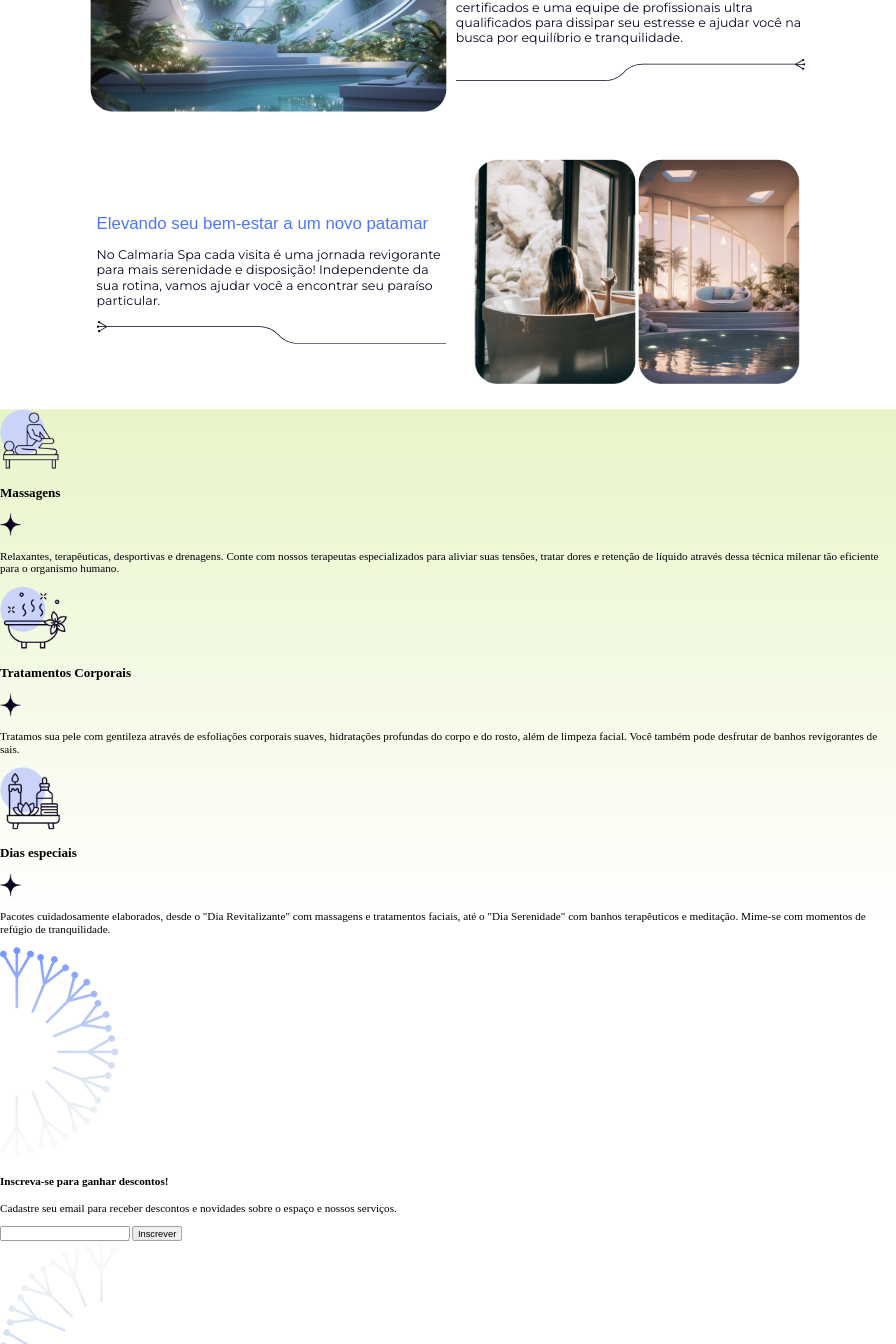
Repository: joaoPraiaJunior/curso-sass
Page: index.html
These files come from the project's save history. The page is drawn as it stood at one moment and after the next save; the edit follows.
The browser window is 1280 px wide. The pictures show the part of the page from y = 1011 to 2931 px (the page is 3725 px tall), at 70% of full size.
Some web fonts or font styles are not loaded; a fallback is used. The style sheet was rebuilt from its Sass, Less or Tailwind sources for each picture, by a compiler version that may differ from the author's.

Above is the page before, as saved 2024-07-06 17:18:54.

After the next save:
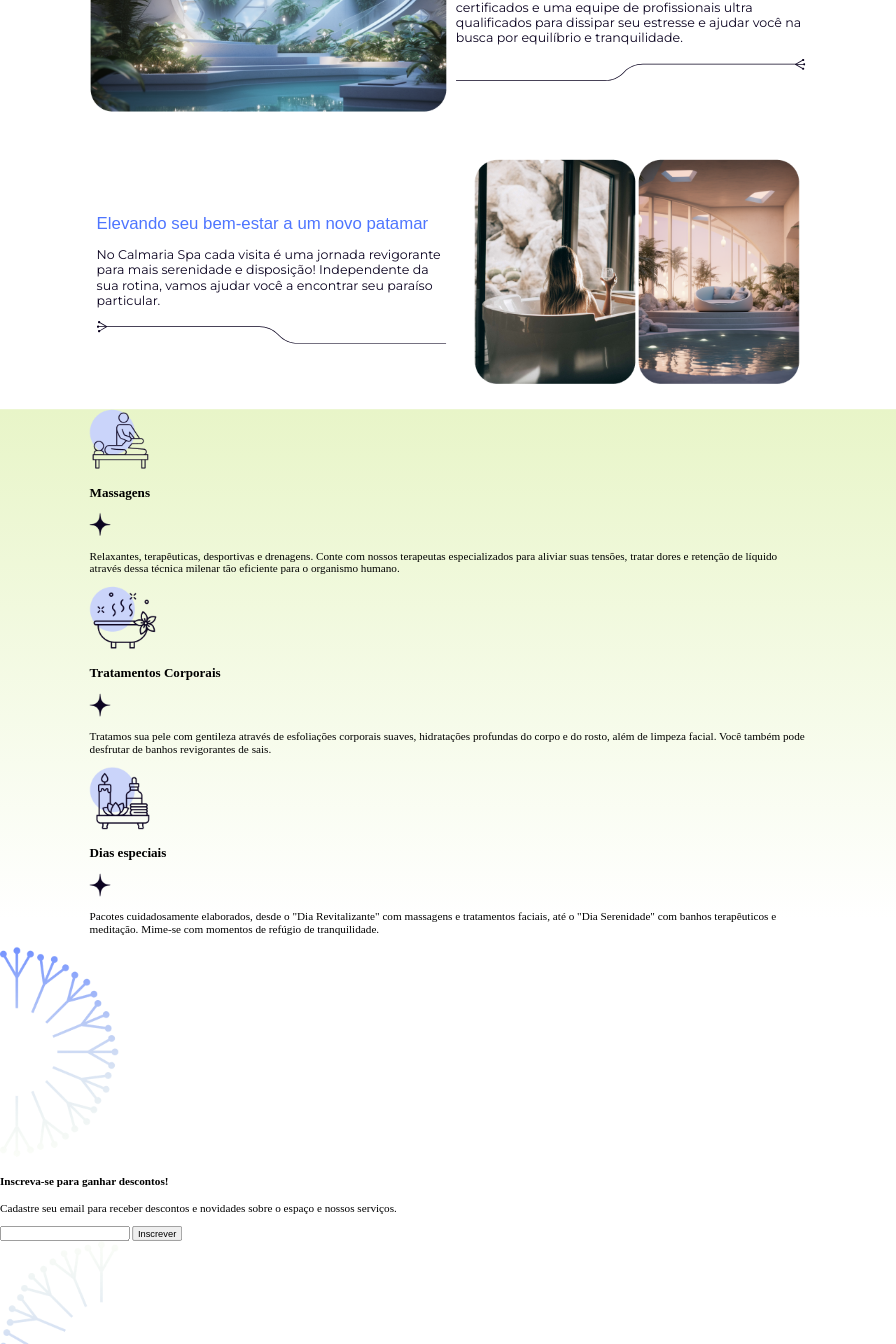
Saved 23 s later.
--- a/styles/components/_servicos.scss
+++ b/styles/components/_servicos.scss
@@ -3,4 +3,8 @@
 
 #servico {
     background: variaveis.$gradiente-primario;
+
+    .cards {
+        @include mixins.margem-centralizada(80%);
+    }
 }
